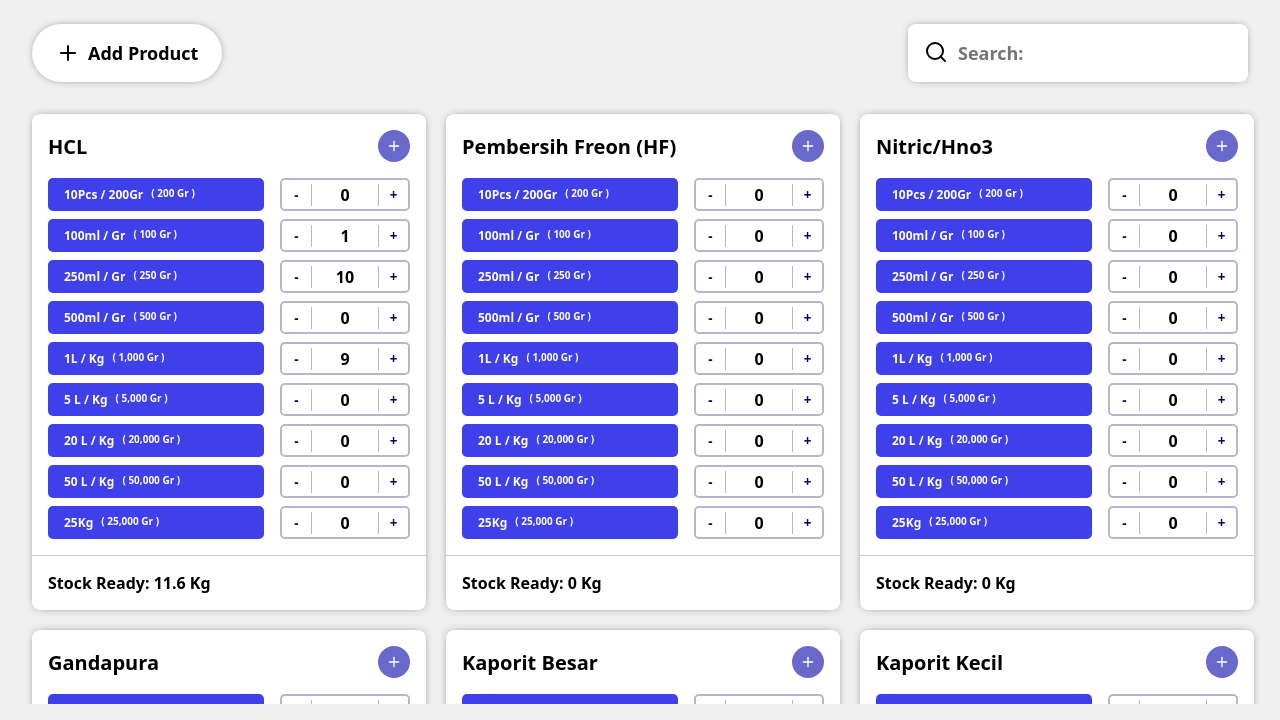
Repository: zuraniumlab-design/upstock-amsk
Page: /
The author's editor kept a copy of each file at every save. The page is drawn from the files as they stood at one save, then again after the next save.
The browser window is 1280 px wide. The pictures show the whole page.
An inner scrolling area shows only its first screen. The project was rebuilt for these pictures with package versions that can differ from the ones it lists, and the page was loaded fresh each time. Also part of the build but not shown: vite.config.js.

Above is the page before, as saved 2026-06-20 10:52:17.

After the next save:
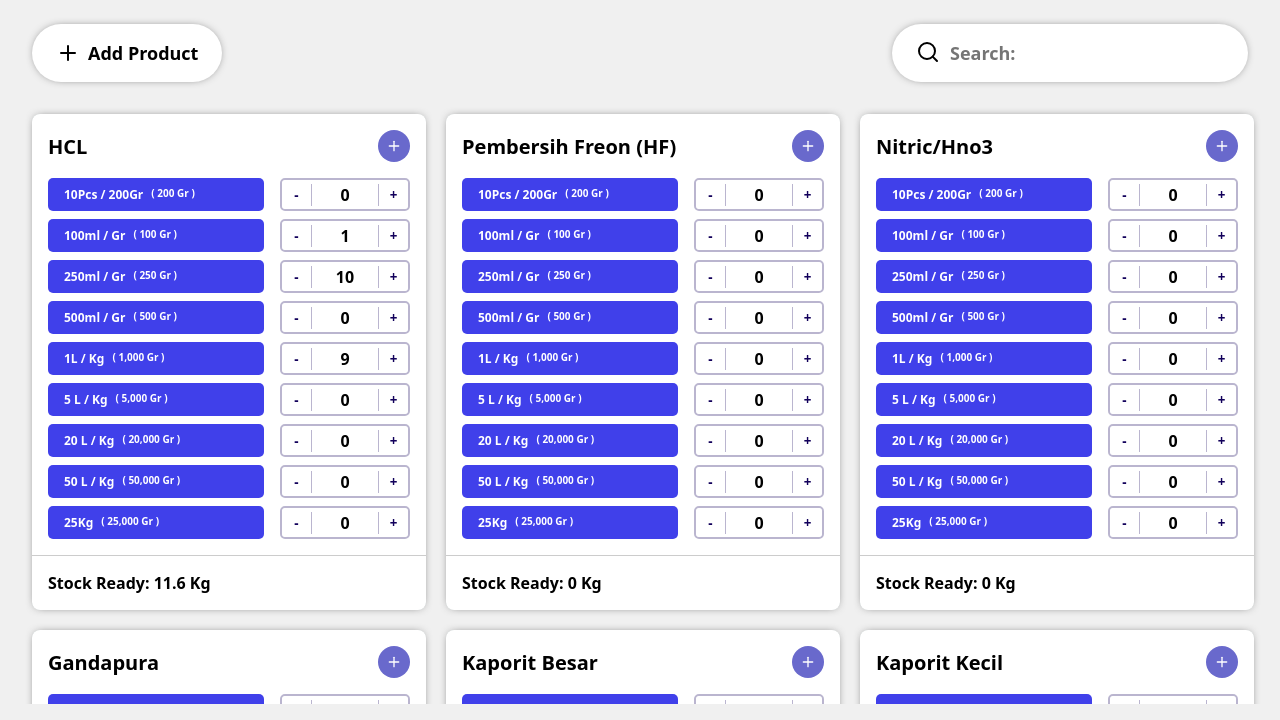
Saved 14 s later.
--- a/src/App.module.css
+++ b/src/App.module.css
@@ -45,9 +45,9 @@
 
 .search {
   background-color: #fff;
-  padding: 1rem;
-  gap: 0.5rem;
-  border-radius: 8px;
+  padding: 1rem 1.5rem;
+  gap: 0.5rem;
+  border-radius: 100px;
   box-shadow: 0 0 10px -4px #333;
 }
 
